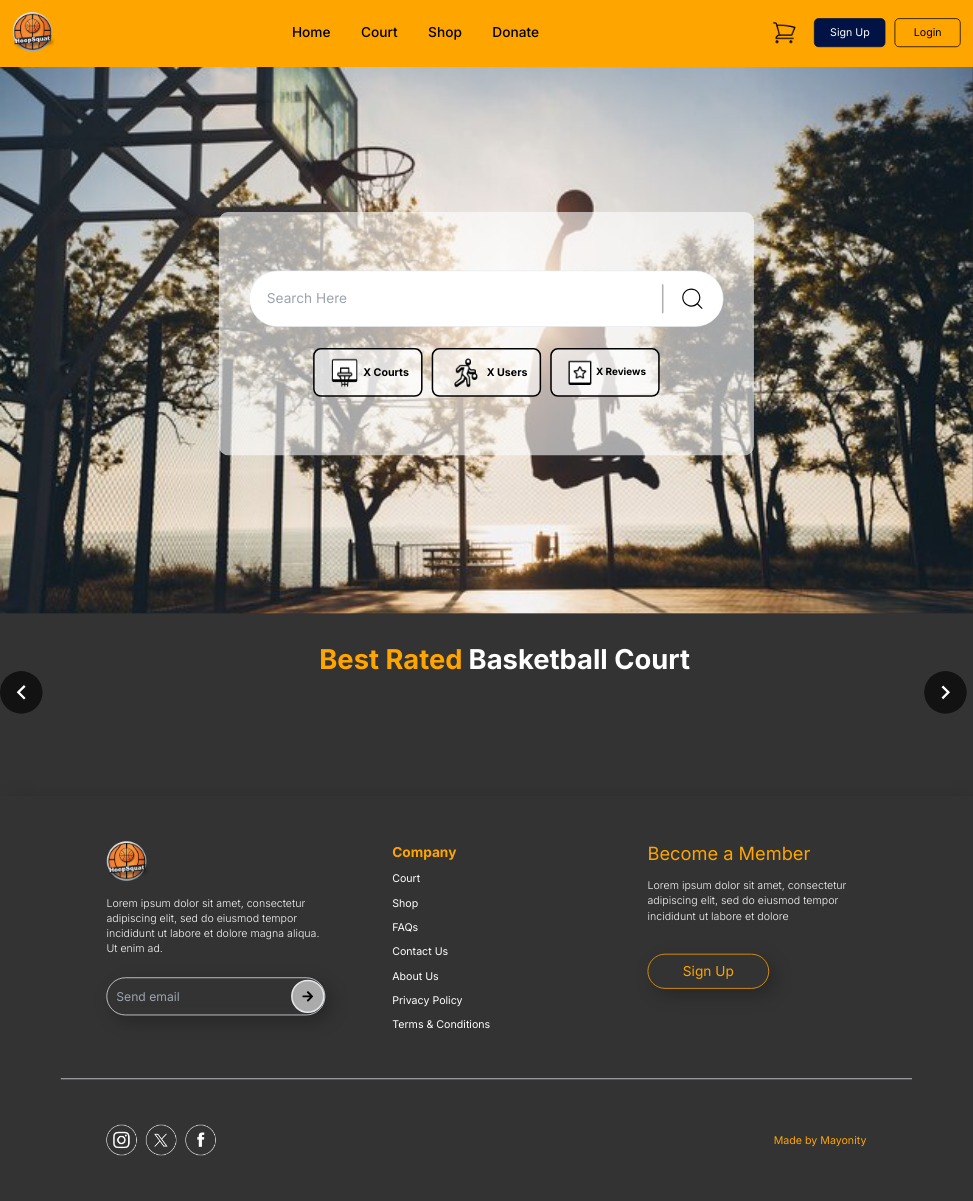
Repository: Abdul-Hannan232/basket-ball-website
Page: /
These files come from the project's save history. The page is drawn as it stood at one moment and after the next save; the edit follows.
The browser window is 1280 px wide. The pictures show the whole page, at 76% of full size.
The page's requests for data from a server got no answer. The project was rebuilt for these pictures with package versions that can differ from the ones it lists, and the page was loaded fresh each time. The framework's server and built-in components were replaced by stand-ins that run in the browser. No one was signed in, and anything a server would have sent is missing. Also part of the build but not shown: next.config.mjs, app/utils/rating.js.

Above is the page before, as saved 2024-09-15 21:34:46.

### app/layout.tsx
import type { Metadata } from "next";
import { Inter } from "next/font/google";
import "./globals.css";
import Authprovider from "./component/Authprovider/Authprovider";

const inter = Inter({ subsets: ["latin"] });

export const metadata: Metadata = {
  title: "Basket Ball",
  description: "Generated by create next app",
};

export default function RootLayout({
  children,
}: Readonly<{
  children: React.ReactNode;
}>) {
  return (
    <html lang="en">
      <head>
        <link rel="icon" href="/favicon.png" />
        <title>Basket Ball</title>
      </head>
      <body className={inter.className}>
        <Authprovider>
          {children}
        </Authprovider>
      </body>
    </html>
  );
}

### app/page.tsx
import HomePage from "./component/HomeComponent"
export default function Home() {
  return (
    <>
      <HomePage />
    </>
  );
}

### app/globals.css
@import url('https://fonts.googleapis.com/css2?family=Poppins:wght@100;200;400&display=swap');
@import url('https://fonts.googleapis.com/css2?family=Poppins:ital,wght@0,100;0,200;0,300;0,400;0,500;0,600;0,700;0,800;0,900;1,100;1,200;1,300;1,400;1,500;1,600;1,700;1,800;1,900&display=swap');
@tailwind base;
@tailwind components;
@tailwind utilities;
/* Styling for the pagination container */
.custom-paginator .p-paginator {
  @apply  rounded-lg p-4 mt-2 flex flex-row gap-10 fixed  right-0;
}
.poppins-bold {
  font-family: "Poppins", sans-serif;
  font-weight: 700;
  font-style: normal;
}
.hover-design{
  background: linear-gradient(90deg, #FFA500 0%, rgba(255, 165, 0, 0.09) 85.85%);

}
/* Styling for individual page numbers */
.custom-paginator .p-paginator .p-paginator-page {
  @apply bg-white text-black rounded-md w-10 h-10 inline items-center text-center justify-center mx-1;
}

/* Highlighted page number styling */
.custom-paginator .p-paginator .p-paginator-page.p-highlight {
  @apply bg-[#FFA500] text-white inline text-center flex-row;
}

/* Styling for previous and next buttons */
.custom-paginator .p-paginator .p-paginator-prev,
.custom-paginator .p-paginator .p-paginator-next {
  @apply bg-[#CACACA] p-1 text-black flex flex-row rounded-md;
}

body {
  background-color: rgba(51, 51, 51, 1);
  color: white;
  font-family: 'Poppins', sans-serif;
}

.shadow {
  box-shadow: 8px 8px 24px 0px #00000040;

}
.banner {
  background-image: url('/banner.png');
  background-position: center;
  background-size: cover;
  width: 100%;
  background-repeat: no-repeat;
}
.backColor{
  background: linear-gradient(90.35deg, #FFA500 0.24%, #FF7D05 99.7%);

}
.mobilebanner {
  background-image: url('/mobildbanner.png');
  background-position: center;
  background-size: cover;
  background-repeat: no-repeat;
}
@media only screen and (max-width:320px) {
  .slick-slide {
    margin-left:5px; /* Adjust the value as needed */
  }
}
.slick-slide {
  margin-left:5px; /* Adjust the value as needed */
}
.bounceball {
  position: relative;
  display: inline-block;
  height: 20px;
  width: 15px;
  /* Adjust the width as needed */
}

.bounceball:before {
  position: absolute;
  content: '';
  display: block;
  top: 0;
  width: 25px;
  /* Adjust the width as needed */
  height: 20px;
  border-radius: 50%;
  background-color: #FFA500;
  transform-origin: 50%;
  animation: bounce 500ms alternate infinite ease;
}

@layer
{
  .wrap {
    @apply absolute top-1/2 left-1/2 transform -translate-x-1/2 -translate-y-1/2;
  }
}
@keyframes bounce {
  0% {
    top: 70px;
    height: 5px;
    border-radius: 60px 60px 20px 20px;
    transform: scaleX(2);
  }

  35% {
    height: 15px;
    border-radius: 50%;
    transform: scaleX(1);
  }

  100% {
    top: 0;
  }
}


.animate-bounce {
  animation: bounce 500ms alternate infinite ease;
}

/* Api loading */
.loader {
  width: 48px;
  height: 48px;
  display: inline-block;
  position: relative;
}
.loader::after,
.loader::before {
  content: '';
  box-sizing: border-box;
  width: 48px;
  height: 48px;
  border-radius: 50%;
  border: 2px solid #FFA500;
  position: absolute;
  left: 0;
  top: 0;
  animation: animloader 2s linear infinite;
}
.loader::after {
  animation-delay: 1s;
}

@keyframes animloader {
  0% {
    transform: scale(0);
    opacity: 1;
  }
  100% {
    transform: scale(1);
    opacity: 0;
  }
}

### app/component/Authprovider/Authprovider.js
"use client"
import React from "react";
import { SessionProvider } from "next-auth/react";
const Authprovider = ({children}) => {
    return (
        <SessionProvider>
             {children}
        </SessionProvider>
    )
}
export default Authprovider

### app/component/HomeComponent.js
import React from 'react'
import Navbar from './NavBarComponent'
import Image from 'next/image'
import { CiSearch } from "react-icons/ci"
import Footer from "./FooterComponent"
import BasketBall from "./CourtsSlider"
const HomeComponent = () => {
  return (
    <div>
      <Navbar/>
      <div className=' md:banner mobilebanner   md:h-[100vh] h-[250px]'  >
        <div className='relative  flex flex-col md:justify-center md:mt-0 pt-14 items-center md:h-[90vh] '>
          <div className='bg-white absolute lg:w-[55%] w-[90%] mx-auto md:h-80 h-36 flex flex-col justify-center it-center  bg-opacity-60 rounded-xl  right-0 left-0'>
            <div className='relative lg:mx-10 mx-5 border bg-white text-black flex items-center   rounded-full'>
              <input type='text' placeholder='Search Here' className='text-black md:text-lg text-xs border-transparent outline-none hover:border-[#FFA500] border-2 md:p-5 p-3 w-full rounded-full ' />
              <CiSearch className="absolute text-black md:w-20 w-8 px-1 my-2 md:h-10 h-6 right-0 text-4xl border-2 border-[#AFAFAF] border-t-transparent border-r-transparent border-b-transparent  md:top- " />
            </div>
            <div className='flex justify-center gap-3 mt-7 '>
              <div className='bg-white text-center text-black bg-opacity-60 border-[#000000] border-2 flex justify-center items-center md:rounded-[10px] rounded-[7px] md:p-4 p-2 md:w-36 w-22  md:h-16 h-10'>

                <Image src="/Basketball Net.png" alt="basket" width={100} height={50} className='md:w-10 mx-auto mt-1 md:h-12 w-6 h-8 ' />
                <p className='md:text-sm text-[8px]  font-bold'>X Courts</p>
              </div>
              <div className='bg-white text-center text-black bg-opacity-60 border-[#000000] border-2 flex justify-center items-center md:rounded-[10px] rounded-[7px] md:p-4 p-2 md:w-36 w-22  md:h-16 h-10'>

                <Image src="/Basketball Player.png" alt="basket" width={100} height={50} className='md:w-10 mx-auto  md:h-10 w-6 h-6 ' />
                <p className='md:text-sm text-[8px]  font-bold'>X Users</p>
              </div>
              <div className='bg-white text-center text-black bg-opacity-60 border-[#000000] border-2 flex justify-center items-center md:rounded-[10px] rounded-[7px] md:p-4 p-2 md:w-36 w-22  md:h-16 h-10'>

                <Image src="/Rating.png" alt="basket" width={100} height={50} className='md:w-10 mx-auto  md:h-10 w-6 h-6 ' />
                <p className='md:text-[13px] text-[8px]  font-bold'>X Reviews</p>
              </div>

            </div>
          </div>
        </div>
      </div>
      <BasketBall slide={"carousel"} />
      <Footer/>
    </div>
  )
}

export default HomeComponent

### app/component/CourtsSlider.js
"use client"
import React, { useRef, useState, useEffect } from 'react';
import Slider from 'react-slick';
import { RiArrowLeftSLine } from 'react-icons/ri';
import { MdOutlineKeyboardArrowRight } from "react-icons/md"
import 'slick-carousel/slick/slick.css';
import 'slick-carousel/slick/slick-theme.css';
import Image from 'next/image';
import Link from 'next/link';
import renderStars from "../utils/rating"
import { allCourts as fetchAllCourts } from "../services/courtsServices"; // Rename the imported function
const settings = {
    infinite: true,
    speed: 500,
    slidesToShow: 3.5,
    slidesToScroll: 1,
    responsive: [
        {
            breakpoint: 1267, // Adjust the breakpoint as needed
            settings: {
                slidesToShow: 2.5,
                slidesToScroll: 2,
            },
        },
        {
            breakpoint: 959, // Adjust the breakpoint as needed
            settings: {
                slidesToShow: 2,
                slidesToScroll: 2,
            },
        },

        {
            breakpoint: 320, // Adjust the breakpoint as needed
            settings: {
                slidesToShow: 1.1,
                slidesToScroll: 1,
            },
        },
    ],
    prevArrow: <></>, // Hides the previous arrow
    nextArrow: <></>,
};
const CourtsSlider = ({ slide }) => {
    const sliderRef = useRef(null);
    const [spinner, setSpinner] = useState(false)

    const goToPrev = () => {
        sliderRef.current.slickPrev();
    };

    const goToNext = () => {
        sliderRef.current.slickNext();
    };

    const [allCourts, setAllCourts] = useState([]); // Initialize with an empty array

    useEffect(() => {
        setSpinner(true)
        const getCourts = async () => {
            try {
                const response = await fetchAllCourts(); // Use the renamed function
                setAllCourts(response.data.courts); // Store the fetched data in state
            } catch (error) {
                console.error("Failed to fetch courts data:", error);
                // You can also add error handling for the UI here
            } finally {
                setSpinner(false)
            }
        };

        getCourts();
    }, []);
    return (
        <div >
            {slide === 'carousel' ? (
                <div className="  2xl:ml-32 md:ml-14 md:pt-10 pt-10 w-[95%] mx-auto z-10 2xl:mb-40 md:mb-20" id="Testimonials" style={{ position: 'relative' }}>
                    <div className='2xl:text-6xl md:text-4xl text-xl font-bold md:mb-20 mb-10 flex justify-center items-center gap-2 '>
                        <h1 className='text-[#FFA500]'>Best Rated </h1>
                        <h1>Basketball Court</h1>
                    </div>
                    <div className="flex justify-center">
                        {spinner ? <span className="loader"></span> : null}
                    </div>


                    <Slider ref={sliderRef} {...settings}>

                        {allCourts.map((item, index) => (
                            <div key={index} className=' '>
                                <div className='relative shadow cursor-pointer text-black rounded-md 2xl:w-[450px] md:w-[300px] w-[250px] group'>
                                    <div className='absolute inset-0 bg-black opacity-0 z-20 group-hover:opacity-70 transition-opacity'></div>

                                    <div className='bg-[#D9D9D9] relative rounded-md overflow-hidden'>
                                        {/* Image and content */}

                                        <Image src={item.images?.[0]
                                            ? `${process.env.NEXT_PUBLIC_IMAGE_URL}/${item.images[0]}`
                                            : '/basketBALL.png'} alt="image" width={343} height={228} className='rounded-t-xl h-60 2xl:w-[400px]' />

                                        <div className='flex items-center justify-center float-right -mt-5 shadow z-10 absolute right-0 p-3 w-32 gap-2 rounded-l-xl bg-white text-black'>

                                            <Image src={item.type === "indoor" ? "/Roofing.png" : "/Basketball Court.png"}
                                                alt="shelter" width={24} height={24} />
                                            <p>{item.type}</p>
                                        </div>
                                        <div className='m-5'>
                                            {/* <Image src="/star.png" alt="image" width={112} height={20} /> */}
                                            <div className='flex items-center'>
                                                {renderStars(item.ratings)}
                                            </div>
                                            <p className='text-[10px] mt-1 font-bold'>{item.rating.length} reviews</p>
                                            <h1 className='text-xl font-bold mb-5'>{item.name}</h1>
                                            <p className='w-32 text-xs font-medium mt-1'>{item.location}</p>
                                            <button className='bg-[#FFA500] p-2 mb-5 mt-10 text-black font-bold text-sm w-full shadow'>
                                                View Court
                                            </button>
                                        </div>

                                        {/* Overlay with Maintenance Button */}
                                        <div className='flex flex-col items-center h-96 justify-center z-40 absolute inset-0 opacity-0 group-hover:opacity-100 transition-opacity'>
                                            <button className='bg-[#232323] py-2 px-4 rounded-full text-white'>
                                                Maintenance
                                            </button>
                                        </div>
                                    </div>
                                </div>

                            </div>
                        ))}

                    </Slider>
                    <div style={{ position: 'absolute', transform: 'translateY(-50%)', zIndex: '1' }} className='2xl:top-[45%] lg:top-[65%] top-[35%] md:w-[100%] flex justify-between w-[100%] mx-auto'>
                        <div className=' slick- slick-arrow md:-ml-14 '>
                            <div onClick={goToPrev} className='bg-[#000000A6] text-white text-7xl md:p-[10px] flex items-center justify-center cursor-pointer md:w-14 md:h-14 w-10 h-10 text-center font-bold  rounded-full'>
                                <RiArrowLeftSLine />
                            </div>
                        </div>


                        <div className='slick- slick-arrow'>
                            <div className="bg-[#000000A6] text-white text-7xl md:p-[10px] flex items-center justify-center cursor-pointer md:w-14 md:h-14 w-10 h-10 text-center font-bold  rounded-full" onClick={goToNext}>
                                <MdOutlineKeyboardArrowRight />
                            </div>
                        </div>
                    </div>
                </div>
            ) : (
                <>
                    <div className="flex justify-center mt-[30px]">
                        {spinner ? <span className="loader"></span> : null}
                    </div>
                    <div className='grid xl:grid-cols-4 lg:grid-cols-3 md:grid-cols-2 grid-cols-1 gap-20 w-[80%] md:mt-20 mt-5 md:mx-auto mx-5'>

                        {allCourts.map((item, index) => (
                            <div key={index} className='relative  shadow text-black rounded-md 2xl:w-[300px] xl:w-[250px] md:w-[250px] w-[280px] group'>
                                <div className='bg-[#D9D9D9] relative rounded-md overflow-hidden'>
                                    {/* Overlay */}
                                    <div className='absolute inset-0 bg-black opacity-0  group-hover:opacity-70 transition-opacity'></div>

                                    {/* Maintenance Button (Initially Hidden) */}
                                    <div className='flex flex-col items-center h-80 justify-center z-20 absolute inset-0 opacity-0 group-hover:opacity-100 transition-opacity'>
                                        <button className='bg-[#232323] py-2 px-4 rounded-full text-white'>
                                            Maintenance
                                        </button>
                                    </div>

                                    <Image src={item.images?.[0]
                                        ? `${process.env.NEXT_PUBLIC_IMAGE_URL}/${item.images[0]}`
                                        : '/basketBALL.png'} alt="image" width={343} height={228} className='rounded-t-xl 2xl:w-[450px]' />

                                    <div className='flex items-center justify-center float-right -mt-5 shadow  absolute right-0 p-3 w-32 gap-2 rounded-l-xl bg-white text-black'>

                                        <Image src={item.type === "indoor" ? "/Roofing.png" : "/Basketball Court.png"}
                                            alt="shelter" width={24} height={24} />
                                        <p>{item.type}</p>
                                    </div>

                                    <div className='m-5 relative'>
                                        {/* <Image src="/star.png" alt="image" width={60} height={20} />
                         */}
                                        <div className='flex items-center'>
                                            {renderStars(item.ratings)}
                                        </div>
                                        <p className='text-[10px] mt-1 font-bold'>{item.rating.length} reviews</p>
                                        <h1 className='text-lg font-bold mb-2'>{item.name}</h1>
                                        <p className='w-32 text-xs font-medium '>{item.location}</p>
                                        <button className='bg-[#FFA500] p-2 mb-3 mt-3 rounded-md text-black font-bold text-sm w-full shadow'>
                                            View Court
                                        </button>
                                    </div>
                                </div>
                            </div>


                        ))}
                    </div>
                </>
            )}

        </div >
    );
};

export default CourtsSlider;

### app/customHook/useAuthToken.js
import { useSession } from "next-auth/react";
import Cookies from "js-cookie";
import {jwtDecode} from "jwt-decode";

export const useAuthToken = () => {
  const { data: session } = useSession();

  const token = session?.authToken || Cookies.get("authToken");

  let decodedToken = null;
  if (token) {
    try {
      decodedToken = jwtDecode(token);
    } catch (error) {
      console.error("Invalid token:", error.message);
    }
  }

  return { token, decodedToken };
};

### app/services/courtsServices.js
import axios from "axios";
import Cookies from 'js-cookie';
export const allCourts = async (token) =>{
    try {

        const response = await axios.get(
            `${process.env.NEXT_PUBLIC_API_URL}/court/all`,
            {
                headers: {
                    Authorization: `Bearer ${token}`,
                },
            }
        );

        return response;
    }
    catch (error) {
        console.log("all Courts",error.response)
        return error.response || { message: "An error occurred", error };
    }

}

export const addCourt = async (body,token) => {

    try {
         const response = await axios.post(
            `${process.env.NEXT_PUBLIC_API_URL}/court/add`,
            body,
            {
                headers: {
                    Authorization: `Bearer ${token}`,                },
            }
        );

        return response;
    } catch (error) {
        return error.response;
    }
};

Loaded but not shown: tailwind.config.ts (common file); app/component/NavBarComponent.js (132 lines, source omitted); app/component/FooterComponent.js (94 lines, source omitted)

After the next save:
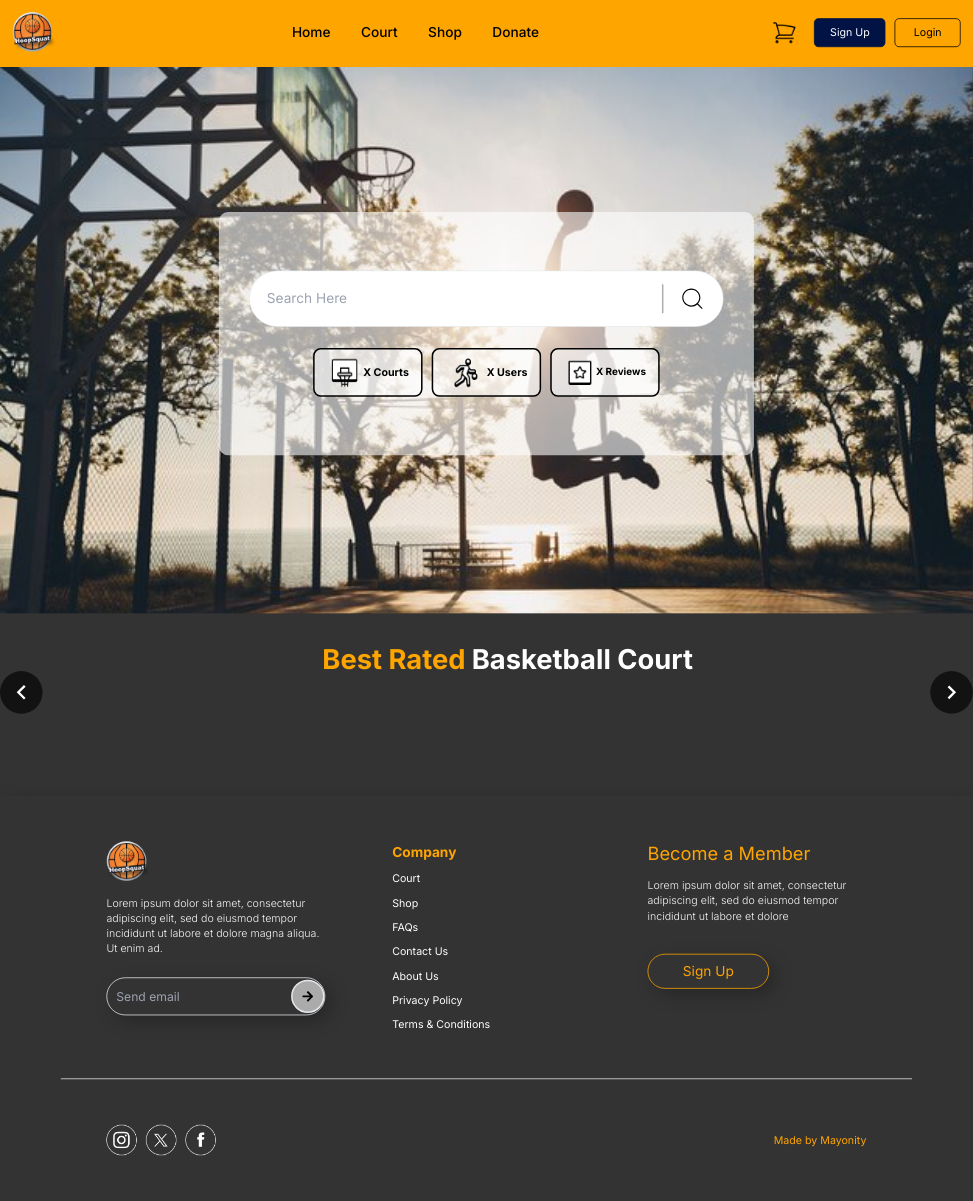
Saved 3 min 19 s later.
--- a/app/component/CourtsSlider.js
+++ b/app/component/CourtsSlider.js
@@ -74,7 +74,7 @@ const CourtsSlider = ({ slide }) => {
     return (
         <div >
             {slide === 'carousel' ? (
-                <div className="  2xl:ml-32 md:ml-14 md:pt-10 pt-10 w-[95%] mx-auto z-10 2xl:mb-40 md:mb-20" id="Testimonials" style={{ position: 'relative' }}>
+                <div className="  2xl:ml-32 md:ml-14 md:pt-10 pt-10  mx-auto z-10 2xl:mb-40 md:mb-20" id="Testimonials" style={{ position: 'relative' }}>
                     <div className='2xl:text-6xl md:text-4xl text-xl font-bold md:mb-20 mb-10 flex justify-center items-center gap-2 '>
                         <h1 className='text-[#FFA500]'>Best Rated </h1>
                         <h1>Basketball Court</h1>
